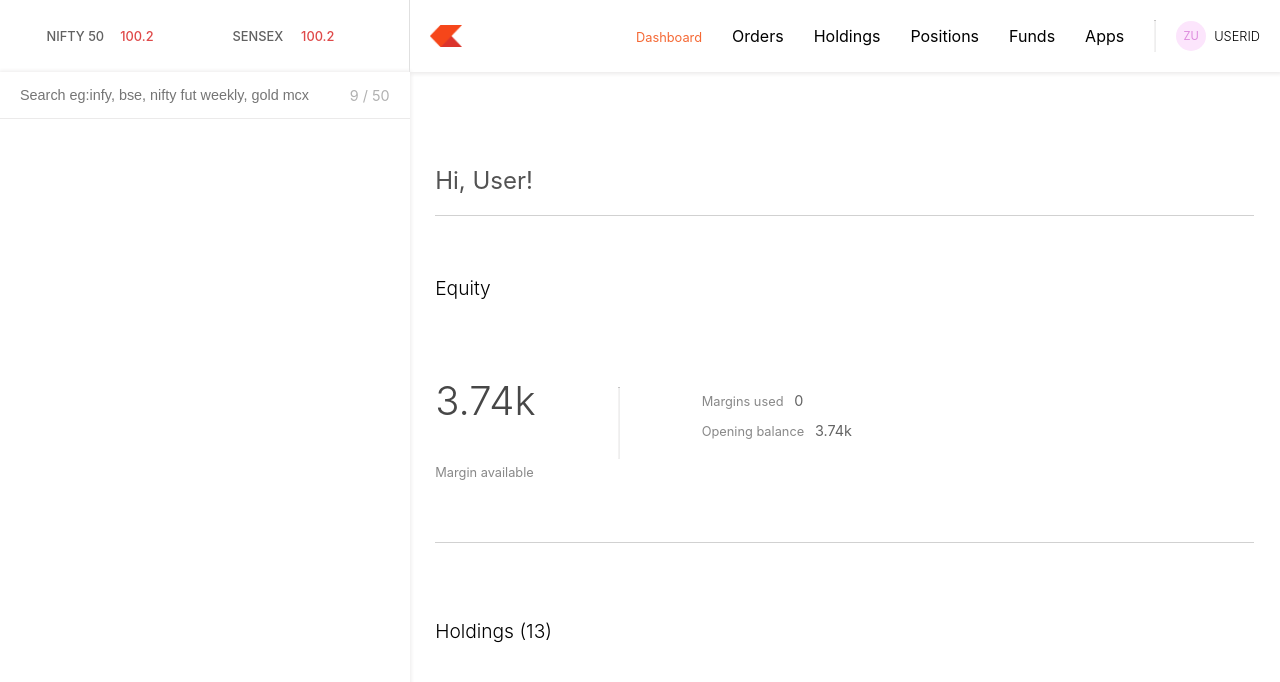
Repository: rushikesh-kolpe21/zerodha_4
Page: / (app in dashboard/)
An editor plug-in stored every save of this project. The page is shown before and after the next save, followed by the edit.
The browser window is 1280 px wide. The pictures show the whole page.
An inner scrolling area shows only its first screen. The project was rebuilt for these pictures with package versions that can differ from the ones it lists, and the page was loaded fresh each time. Also part of the build but not shown: dashboard/vite.config.js, dashboard/src/components/Apps.jsx, dashboard/src/components/Funds.jsx, dashboard/src/components/Holdings.jsx, dashboard/src/components/Orders.jsx, dashboard/src/components/Positions.jsx.

Above is the page before, as saved 2025-03-25 01:16:18.

### dashboard/src/App.jsx

import React from "react";
// import ReactDOM from "react-dom/client";
import { BrowserRouter, Route, Routes } from "react-router-dom";
// import "./index.css";
import Home from "./components/Home";

function App() {
  return (
    <>
      <BrowserRouter>
        <Routes>
          <Route path="/*" element={<Home />} />
        </Routes>
      </BrowserRouter>
    </>
  );
}

export default App;

### dashboard/src/components/Home.jsx
import React from 'react'
import TopBar from './TopBar'
import Dashboard from './Dashboard'

function Home() {
  return (
  <>
  <TopBar/>
  <Dashboard/>
  </>
  )
}

export default Home

### dashboard/src/components/Dashboard.jsx
import React from "react";
import { Route, Routes } from "react-router-dom";

import Apps from "./Apps";
import Funds from "./Funds";
import Holdings from "./Holdings";

import Orders from "./Orders";
import Positions from "./Positions";
import Summary from "./Summary";
import WatchList from "./WatchList";
// import { GeneralContextProvider } from "./GeneralContext";

const Dashboard = () => {
  return (
    <div className="dashboard-container">


        <WatchList />

      <div className="content">
        <Routes>
          <Route exact path="/" element={<Summary />} />
          <Route path="/orders" element={<Orders />} />
          <Route path="/holdings" element={<Holdings />} />
          <Route path="/positions" element={<Positions />} />
          <Route path="/funds" element={<Funds />} />
          <Route path="/apps" element={<Apps />} />
        </Routes>
      </div>
    </div>
  );
};

export default Dashboard;

### dashboard/src/components/Menu.jsx
import React, { useState } from "react";
import { Link } from "react-router";

const Menu = () => {
  const [selectedMenu, setSelectedMenu] = useState(0);
  const [isProfileDropdownOpen, setIsProfileDropdownOpen ] = useState(false);

  const handleMenuClick = (index) => {
    setSelectedMenu(index);
  }

  const handleProfileClick = (index) => {
    setIsProfileDropdownOpen(!isProfileDropdownOpen)
  };

    const menuClass = "menu";
    const activeMenuClass = "menu selected";

  return (
    <div className="menu-container">
      <img src="logo.png" style={{ width: "32px" }} />
      <div className="menus">
        <ul>
          <li>
           <Link style={{textDecoration:"none"}}
           to="/"
           onClick={() => handleMenuClick(0)}
           >
            <p className={selectedMenu===0 ? activeMenuClass : menuClass}>Dashboard</p>
           </Link>
          </li>
          <li>
            <p>Orders</p>
          </li>
          <li>
            <p>Holdings</p>
          </li>
          <li>
            <p>Positions</p>
          </li>
          <li>
            <p>Funds</p>
          </li>
          <li>
            <p>Apps</p>
          </li>
        </ul>
        <hr />
        <div className="profile" onClick={handleProfileClick}>
          <div className="avatar">ZU</div>
          <p className="username">USERID</p>
        </div>
      </div>
    </div>
  );
};

export default Menu;

### dashboard/src/components/Summary.jsx
import React from "react";

const Summary = () => {
  return (
    <>
      <div className="username">
        <h6>Hi, User!</h6>
        <hr className="divider" />
      </div>

      <div className="section">
        <span>
          <p>Equity</p>
        </span>

        <div className="data">
          <div className="first">
            <h3>3.74k</h3>
            <p>Margin available</p>
          </div>
          <hr />

          <div className="second">
            <p>
              Margins used <span>0</span>{" "}
            </p>
            <p>
              Opening balance <span>3.74k</span>{" "}
            </p>
          </div>
        </div>
        <hr className="divider" />
      </div>

      <div className="section">
        <span>
          <p>Holdings (13)</p>
        </span>

        <div className="data">
          <div className="first">
            <h3 className="profit">
              1.55k <small>+5.20%</small>{" "}
            </h3>
            <p>P&L</p>
          </div>
          <hr />

          <div className="second">
            <p>
              Current Value <span>31.43k</span>{" "}
            </p>
            <p>
              Investment <span>29.88k</span>{" "}
            </p>
          </div>
        </div>
        <hr className="divider" />
      </div>
    </>
  );
};

export default Summary;

### dashboard/src/components/WatchList.jsx
import React from "react";

const WatchList = () => {
  return (
    <div className="watchlist-container">
      <div className="search-container">
        <input
          type="text"
          name="search"
          id="search"
          placeholder="Search eg:infy, bse, nifty fut weekly, gold mcx"
          className="search"
        />
        <span className="counts"> 9 / 50</span>
      </div>

      <ul className="list"></ul>
    </div>
  );
};

export default WatchList;

Loaded but not shown: dashboard/index.html (common file); dashboard/src/main.jsx (common file); dashboard/src/index.css (common file); dashboard/src/components/TopBar.jsx (common file)

After the next save:
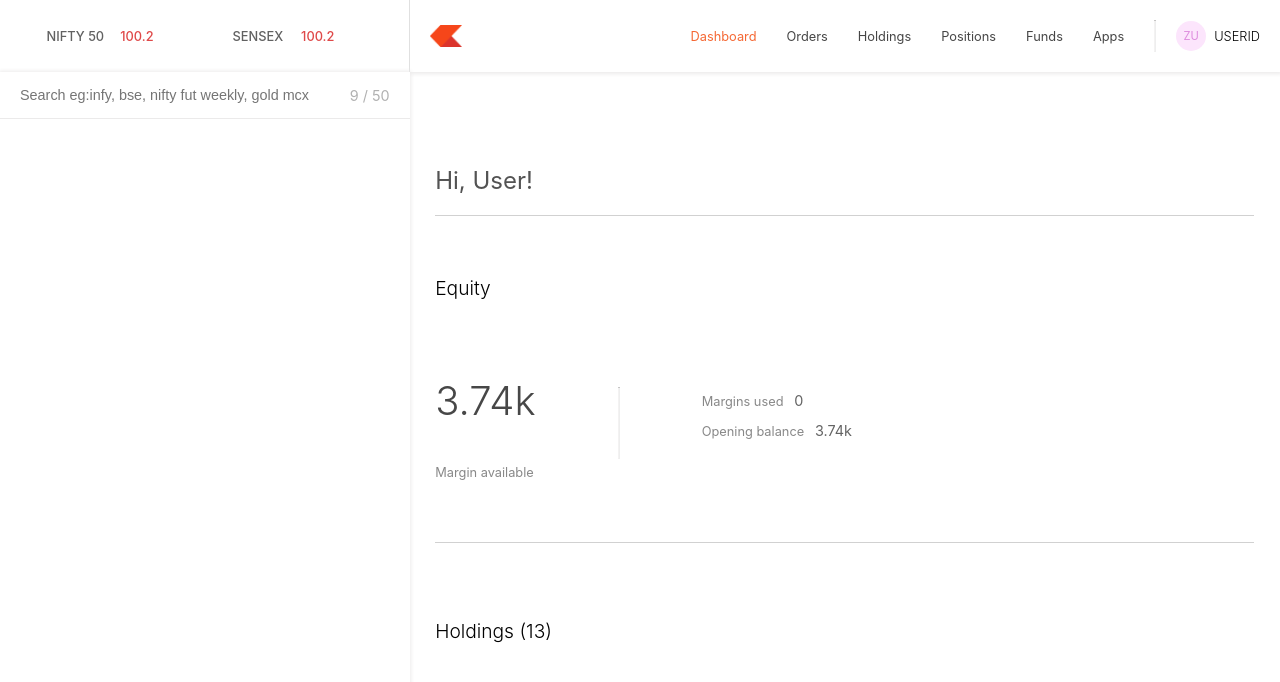
Saved 12 min 41 s later.
--- a/dashboard/src/components/Menu.jsx
+++ b/dashboard/src/components/Menu.jsx
@@ -30,19 +30,44 @@
            </Link>
           </li>
           <li>
-            <p>Orders</p>
+          <Link style={{textDecoration:"none"}}
+           to="/"
+           onClick={() => handleMenuClick(1)}
+           >
+            <p className={selectedMenu===1 ? activeMenuClass : menuClass}>Orders</p>
+           </Link>
           </li>
           <li>
-            <p>Holdings</p>
+          <Link style={{textDecoration:"none"}}
+           to="/"
+           onClick={() => handleMenuClick(2)}
+           >
+            <p className={selectedMenu===2 ? activeMenuClass : menuClass}>Holdings</p>
+           </Link>
           </li>
           <li>
-            <p>Positions</p>
+          <Link style={{textDecoration:"none"}}
+           to="/"
+           onClick={() => handleMenuClick(3)}
+           >
+            <p className={selectedMenu===3 ? activeMenuClass : menuClass}>Positions</p>
+           </Link>
           </li>
           <li>
-            <p>Funds</p>
+          <Link style={{textDecoration:"none"}}
+           to="/"
+           onClick={() => handleMenuClick(4)}
+           >
+            <p className={selectedMenu===4 ? activeMenuClass : menuClass}>Funds</p>
+           </Link>
           </li>
           <li>
-            <p>Apps</p>
+          <Link style={{textDecoration:"none"}}
+           to="/"
+           onClick={() => handleMenuClick(5)}
+           >
+            <p className={selectedMenu===5 ? activeMenuClass : menuClass}>Apps</p>
+           </Link>
           </li>
         </ul>
         <hr />
